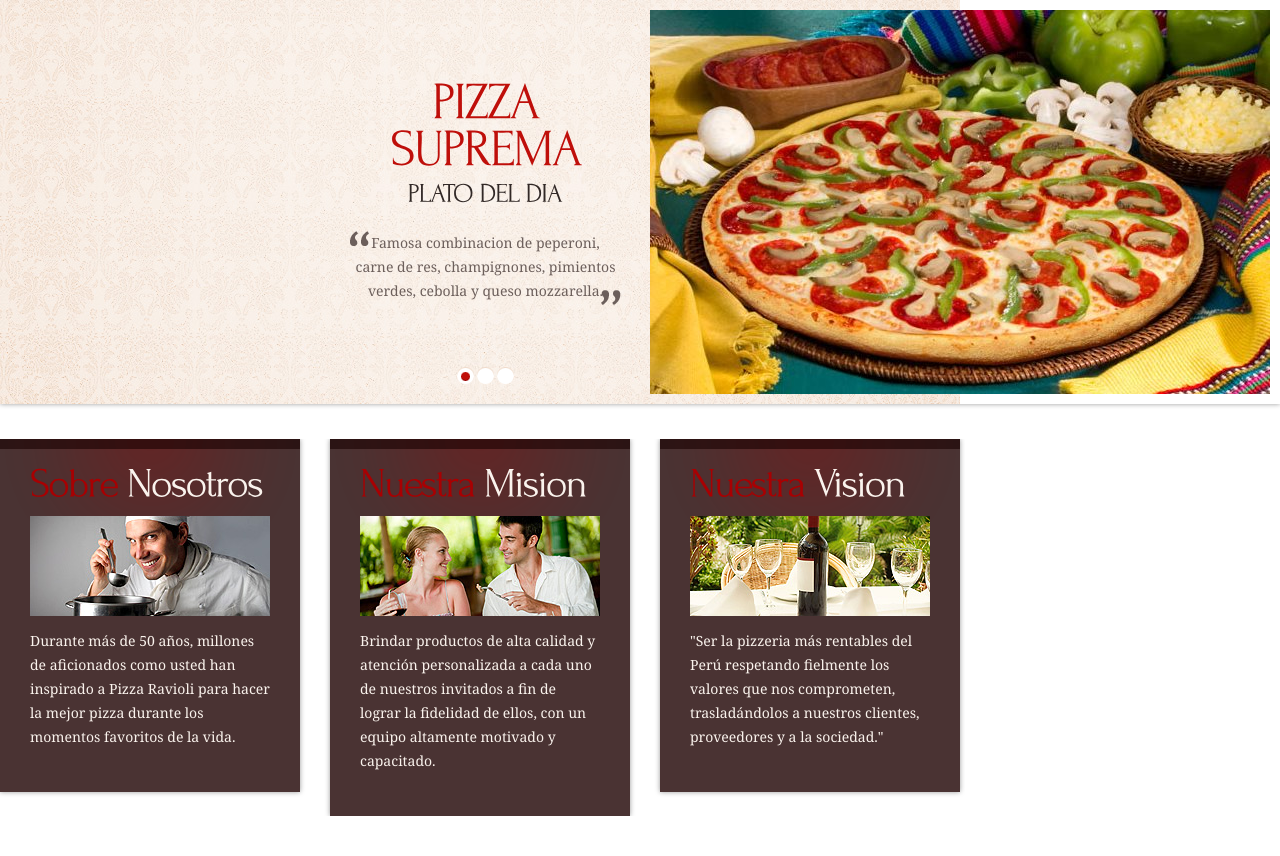
Repository: ProSoft-PDSI/sdsddo
Page: http://localhost/sdsr/home.jsp
An editor plug-in stored every save of this project. The page is shown before and after the next save, followed by the edit.
The browser window is 1280 px wide. The pictures show the whole page.
The page is served by Tomcat 9.

Above is the page before, as saved 2014-07-18 18:03:57.

After the next save:
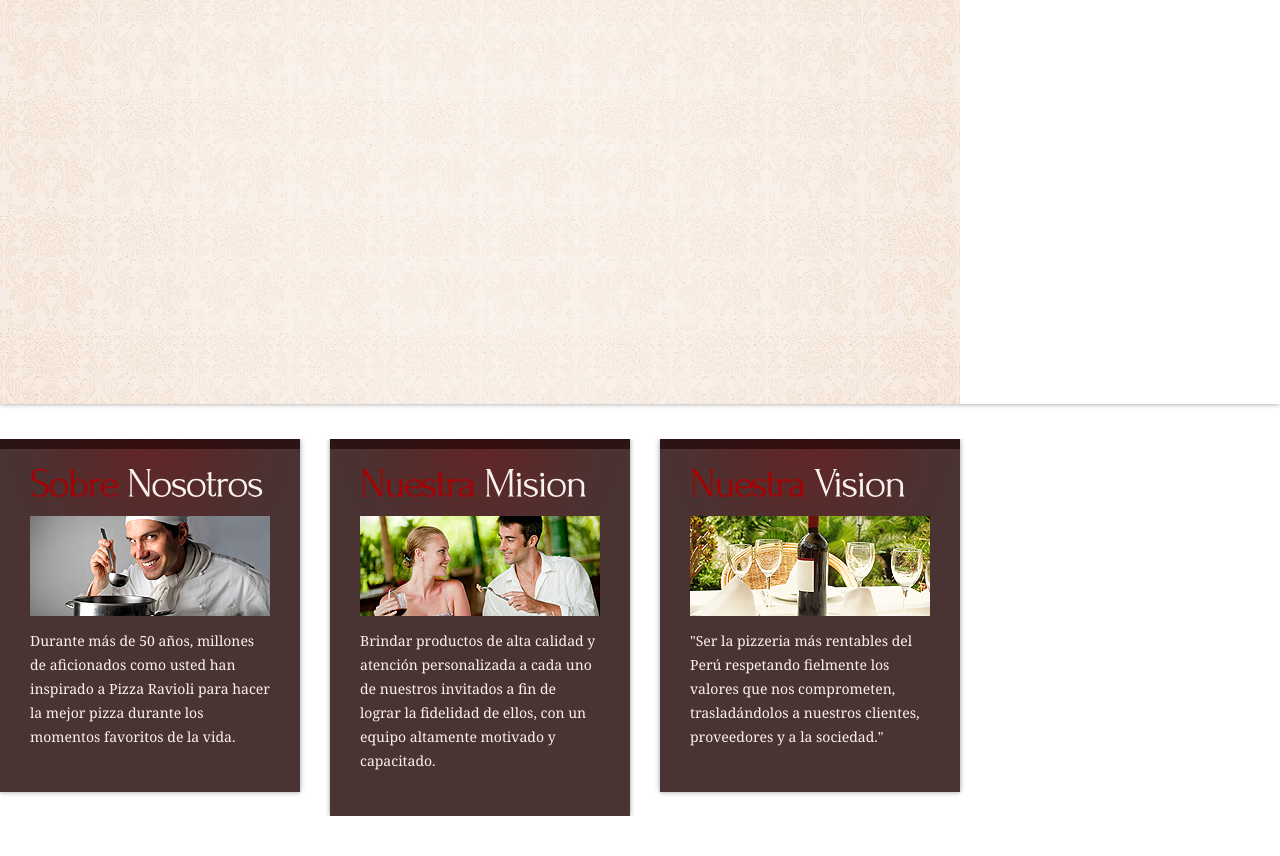
Saved 118 s later.
--- a/Web/sdsr/WebContent/Carga.jsp
+++ b/Web/sdsr/WebContent/Carga.jsp
@@ -10,7 +10,7 @@
 <script type="text/javascript" src="js/cufon-replace.js"></script>
 <script type="text/javascript" src="js/Forum_400.font.js"></script>
 <script type="text/javascript" src="js/jquery.easing.1.3.js"></script>
-<script type="text/javascript" src="js/tms-0.3.js"></script>
+<!-- <script type="text/javascript" src="js/tms-0.3.js"></script>
 <script type="text/javascript" src="js/tms_presets.js"></script>
-<script type="text/javascript" src="js/script.js"></script>
+<script type="text/javascript" src="js/script.js"></script> -->
 <script type="text/javascript" src="js/atooltip.jquery.js"></script>
